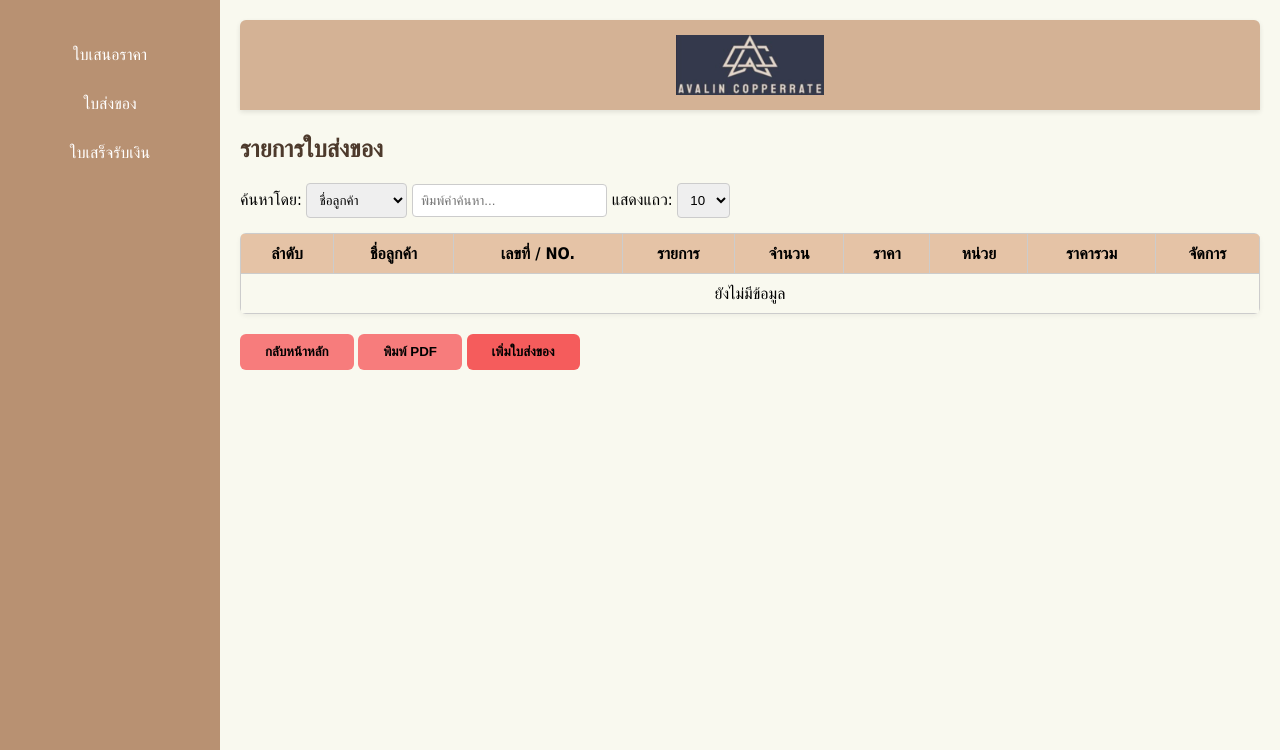
Repository: Hermesmercury88/shop_it
Page: http://localhost/shop/list/all_deliveries1.php
The author's editor kept a copy of each file at every save. The page is drawn from the files as they stood at one save, then again after a run of saves.
The browser window is 1280 px wide. The pictures show the whole page.
The pointer rests on the first visible `.btn-upload`.
The page is run by PHP 8.4 with error messages shown; the project is at /var/www/html/. Queries for data that is not in the repository find no rows.

Above is the page before, as saved 2025-09-23 12:42:46.

After the next 2 saves:
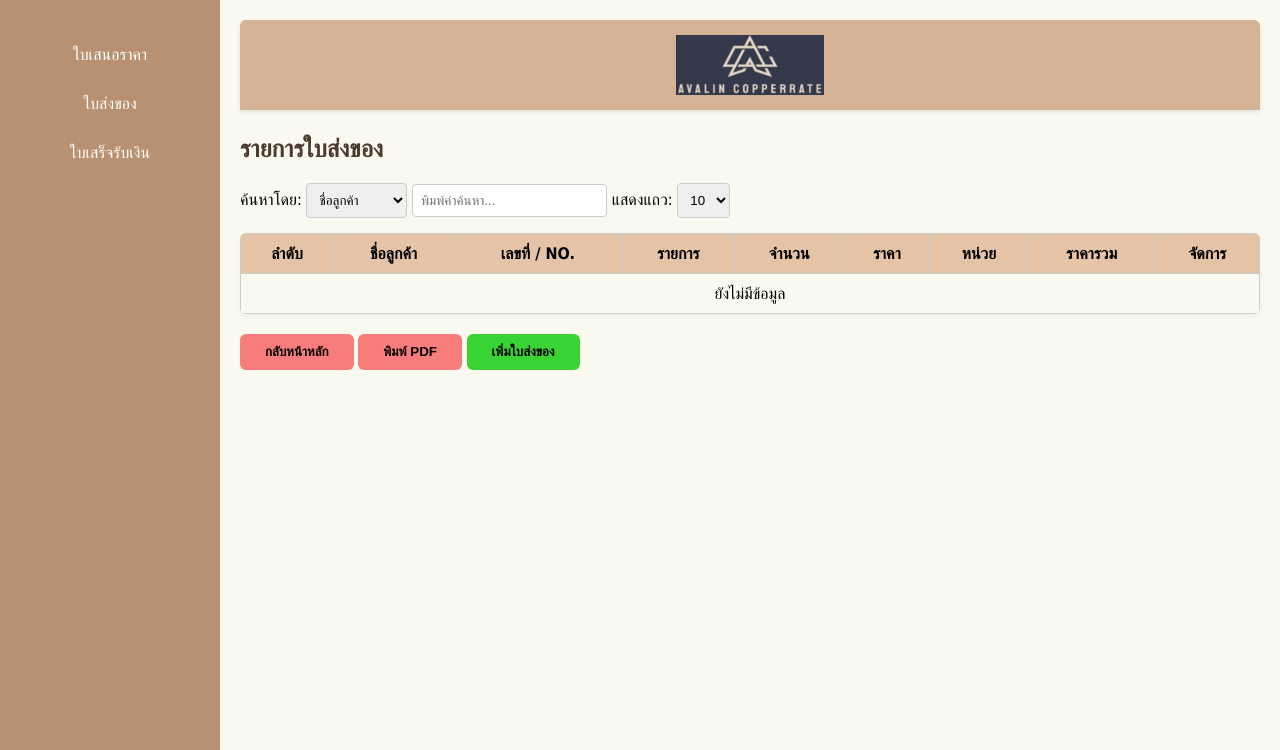
The 2 saves are shown as one change because they came seconds apart.
The last was saved 12 s later.
--- a/list/all_deliveries1.php
+++ b/list/all_deliveries1.php
@@ -173,7 +173,7 @@
     transition: background 0.3s;
 }
 .btn-upload:hover {
-    background: #f55c5c;
+    background: #3ad334ff;
 }
 
 .action-btn {
